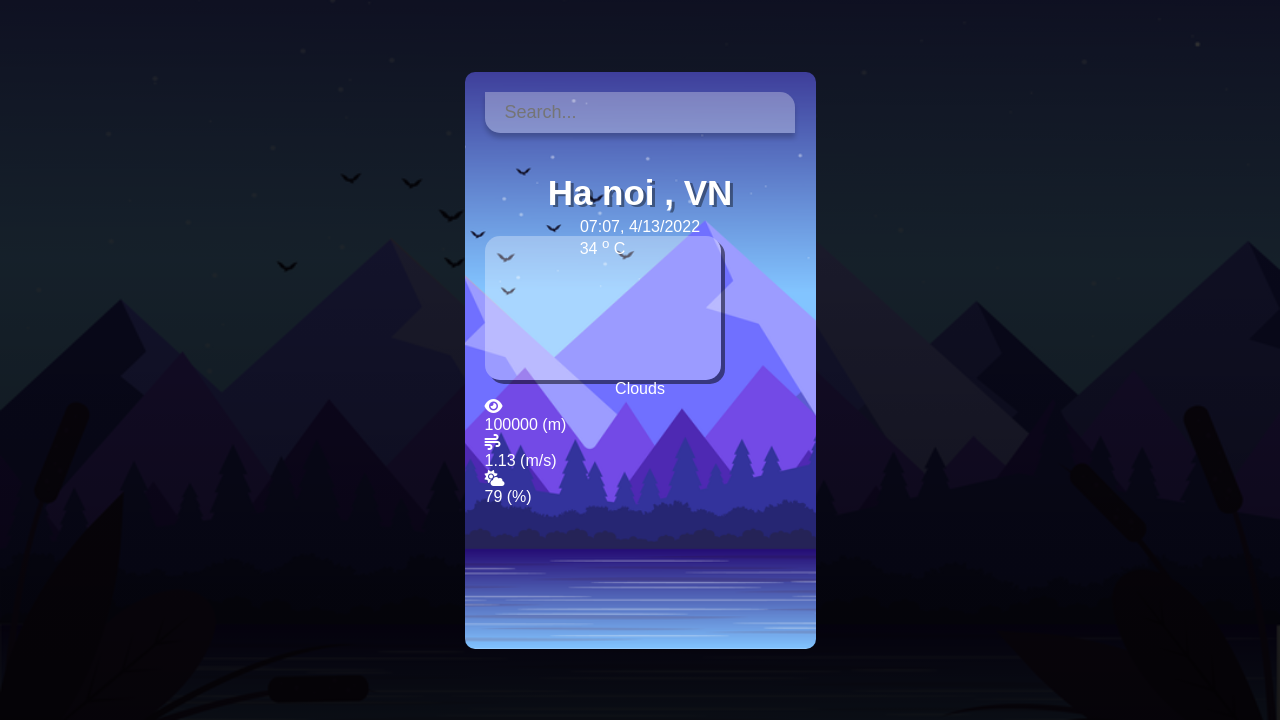
Repository: nganha241/weather-app
Page: index.html
These files come from the project's save history. The page is drawn as it stood at one moment and after the next save; the edit follows.
The browser window is 1280 px wide. The pictures show the whole page.
Some web libraries are served in a nearby version.

Above is the page before, as saved 2022-04-13 09:38:53.

### index.html
<!DOCTYPE html>
<html lang="en">
  <head>
    <meta charset="UTF-8" />
    <meta http-equiv="X-UA-Compatible" content="IE=edge" />
    <meta name="viewport" content="width=device-width, initial-scale=1.0" />
    <title>Document</title>
    <link rel="stylesheet" href="./style.css" />
  </head>
  <body>
    <div id="weather">
      <div class="header">
        <input type="text" placeholder="Search..." />
      </div>
      <div class="content">
        <div class="city">Ha noi , <span class="country">VN</span></div>
        <div class="time">07:07, <span class="date">4/13/2022</span></div>
        <div class="deg">34 <sup>o</sup> C</div>
        <div class="status">Clouds</div>
      </div>
      <div class="footer">
        <div class="detail">
          <div class="distance">
            <div><i class="fa-solid fa-eye"></i></div>
            <div>100000 <span>(m)</span></div>
          </div>
          <div class="speed">
            <div><i class="fa-solid fa-wind"></i></div>
            <div>1.13 <span>(m/s)</span></div>
          </div>
          <div class="humidity">
            <div><i class="fa-solid fa-cloud-sun"></i></div>
            <div>79 <span>(%)</span></div>
          </div>
        </div>
      </div>
    </div>
    <script
      src="https://kit.fontawesome.com/ae971d7ee0.js"
      crossorigin="anonymous"
    ></script>
    <script src="./main.js"></script>
  </body>
</html>

### style.css
* {
    padding: 0;
    margin: 0;
    box-sizing: border-box;
}

body {
    font-family: sans-serif;
    height: 100vh;
    display: flex;
    justify-content: center;
    align-items: center;
    background: linear-gradient(to top, rgba(0, 0, 0, 0.9), rgba(0, 0, 0, 0.8)), url(./img1.png) no-repeat center/cover;
    color: #fff;
}

#weather {
    padding: 20px;
    width: 351px;
    height: 577px;
    border: none;
    border-radius: 10px;
    background: url(./img1.png) no-repeat center/cover;
}

.header input{
    width: 310px;
    height: 41px;
    border-radius: 0px 15px 0px 15px;
    border: none;
    background: rgba(255, 255, 255, 0.3);
    box-shadow: 0px 5px 5px rgba(0, 0, 0, 0.2);
    outline: none;
    font-size: 18px;
    padding: 0 20px;
    transition: 0.4s;
}

.header input:focus {
    border-radius: 15px 0px 15px 0px;
    background: rgba(255, 255, 255, 0.7);
}

.content {
    margin-top: 40px;
    text-align: center;
}

.city {
    font-size: 35px;
    font-weight: 600;
    text-shadow: 3px 2px rgba(0, 0, 0, 0.4);
}

.time {
    margin-top: 5px;
}

.deg {
    width: 236px;
    height: 144px;
    border-radius: 15px;
    background: rgba(255, 255, 255, 0.3);
    box-shadow: 4px 4px rgba(0, 0, 0, 0.5);
}

Loaded but not shown: main.js (no copy from this time; the picture is the same without it)

After the next save:
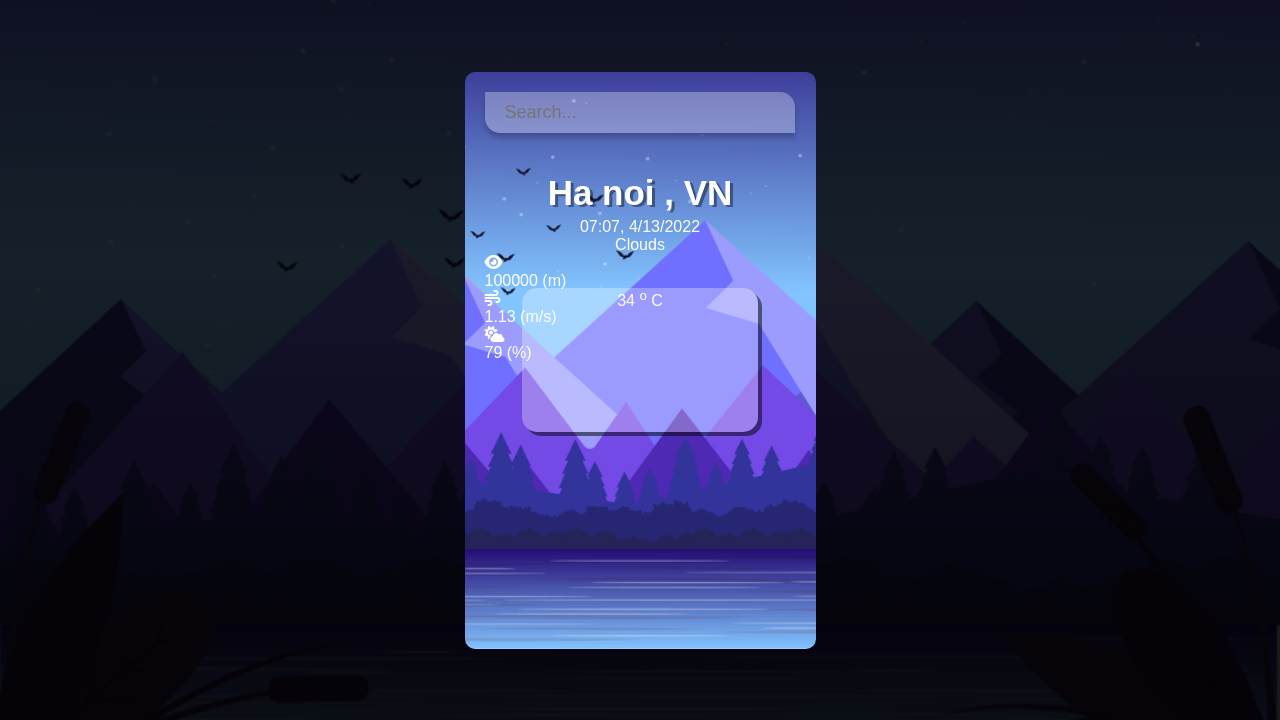
Saved 86 s later.
--- a/style.css
+++ b/style.css
@@ -62,4 +62,8 @@
     border-radius: 15px;
     background: rgba(255, 255, 255, 0.3);
     box-shadow: 4px 4px rgba(0, 0, 0, 0.5);
+    position: fixed;
+    top: 50%;
+    left: 50%;
+    transform: translate(-50%, -50%);
 }

After the save that followed:
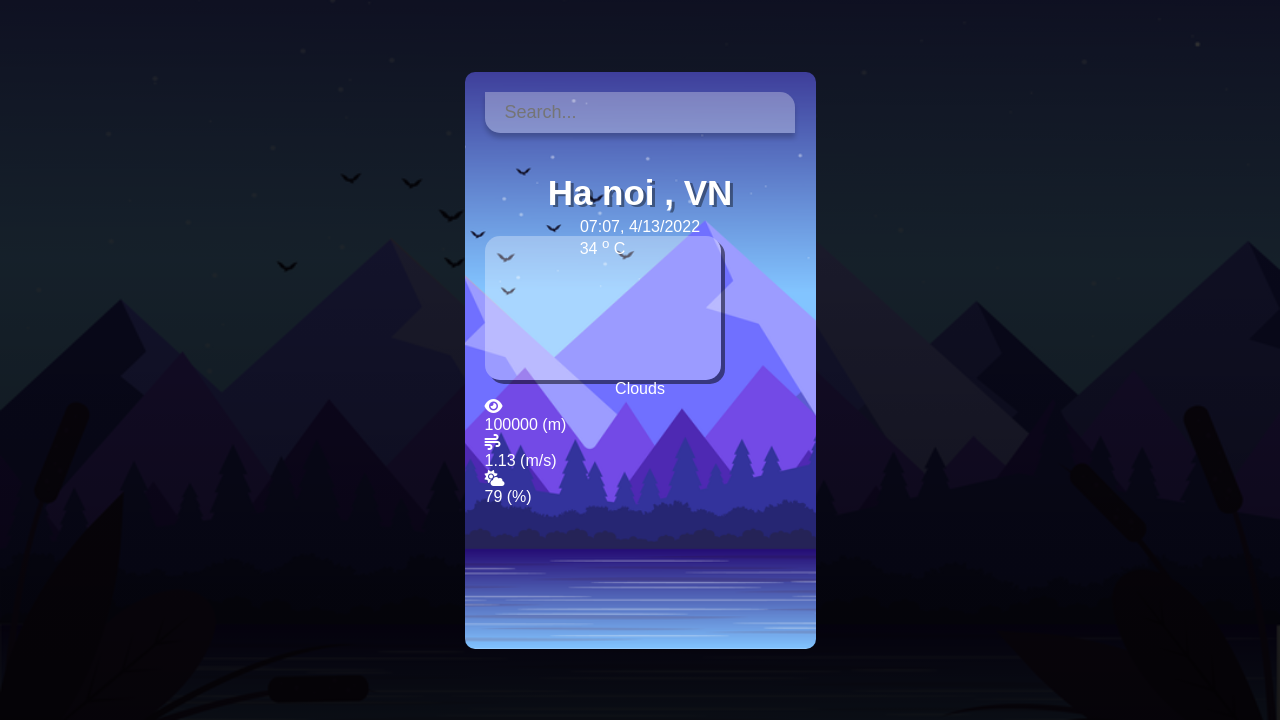
Saved 10 s later.
--- a/style.css
+++ b/style.css
@@ -62,8 +62,8 @@
     border-radius: 15px;
     background: rgba(255, 255, 255, 0.3);
     box-shadow: 4px 4px rgba(0, 0, 0, 0.5);
-    position: fixed;
+    /* position: fixed;
     top: 50%;
     left: 50%;
-    transform: translate(-50%, -50%);
+    transform: translate(-50%, -50%); */
 }
